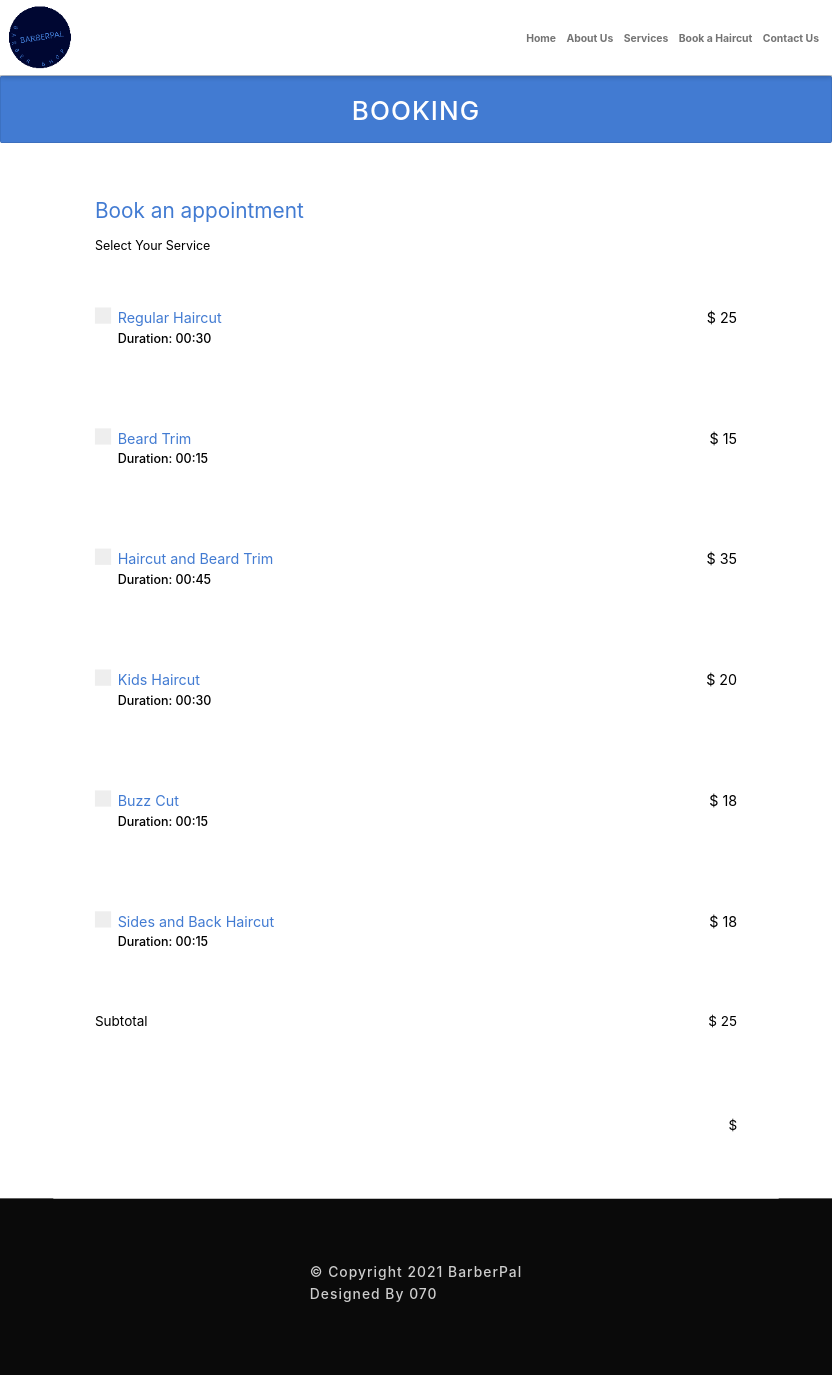
Repository: ofovweewere/haircutPal
Page: /services
These files come from the project's save history. The page is drawn as it stood at one moment and after a run of saves; the edit follows.
The browser window is 1280 px wide. The pictures show the whole page, at 65% of full size.
The project was rebuilt for these pictures with package versions that can differ from the ones it lists, and the page was loaded fresh each time. Also part of the build but not shown: src/tutorial/0-Practice/bookCut.js, src/tutorial/0-Practice/about.js, src/tutorial/0-Practice/servicesAndProducts.js, src/tutorial/0-Practice/contact.js, src/tutorial/0-Practice/landing.js, src/tutorial/0-Practice/error.js.

Above is the page before, as saved 2022-06-24 12:29:35.

### public/index.html
<!DOCTYPE html>
<html lang="en">
  <head>
    <meta charset="utf-8" />
    <link rel="icon" href="%PUBLIC_URL%/favicon.ico" />
    <meta name="viewport" content="width=device-width, initial-scale=1" />
    <meta name="theme-color" content="#000000" />
    <meta
      name="description"
      content="Web site created using create-react-app"
    />
    <link rel="apple-touch-icon" href="%PUBLIC_URL%/logo192.png" />
    <!--
      manifest.json provides metadata used when your web app is installed on a
      user's mobile device or desktop. See https://developers.google.com/web/fundamentals/web-app-manifest/
    -->
    <link rel="manifest" href="%PUBLIC_URL%/manifest.json" />
    <!--
      Notice the use of %PUBLIC_URL% in the tags above.
      It will be replaced with the URL of the `public` folder during the build.
      Only files inside the `public` folder can be referenced from the HTML.

      Unlike "/favicon.ico" or "favicon.ico", "%PUBLIC_URL%/favicon.ico" will
      work correctly both with client-side routing and a non-root public URL.
      Learn how to configure a non-root public URL by running `npm run build`.
    -->
    <title>React App</title>
  </head>
  <body class="Site">
    <noscript>You need to enable JavaScript to run this app.</noscript>
    <div id="root"></div>
    <!--
      This HTML file is a template.
      If you open it directly in the browser, you will see an empty page.

      You can add webfonts, meta tags, or analytics to this file.
      The build step will place the bundled scripts into the <body> tag.

      To begin the development, run `npm start` or `yarn start`.
      To create a production bundle, use `npm run build` or `yarn build`.
    -->
  </body>
</html>

### src/index.js
import React from 'react';
import ReactDOM from 'react-dom';

import App from './App';
// import '../node_modules/jquery/dist/jquery.min.js';
import '../node_modules/bootstrap/dist/css/bootstrap.min.css';
import '../node_modules/bootstrap/dist/js/bootstrap.min.js';
import '../node_modules/font-awesome/css/font-awesome.min.css';

import './index.css';
ReactDOM.render(
  <React.StrictMode>
    <App />
  </React.StrictMode>,
  document.getElementById('root')
);

### src/App.js
import React from 'react';
import Setup from './tutorial/0-Practice/index.js';
// import Setup from './tutorial/2-useEffect/final/3-useEffect-fetch-data.js';
function App() {
  return (
    <div >
      <Setup />
    </div>
  );
  }

export default App;

### src/index.css
/*
===============
Variables
===============
*/

:root {
  /* dark shades of primary color*/
  --clr-primary-1: hsl(205, 86%, 17%);
  --clr-primary-2: hsl(205, 77%, 27%);
  --clr-primary-3: hsl(205, 72%, 37%);
  --clr-primary-4: hsl(205, 63%, 48%);
  /* primary/main color */
  --clr-primary-5: hsl(205, 78%, 60%);
  /* lighter shades of primary color */
  --clr-primary-6: hsl(205, 89%, 70%);
  --clr-primary-7: hsl(205, 90%, 76%);
  --clr-primary-8: hsl(205, 86%, 81%);
  --clr-primary-9: hsl(205, 90%, 88%);
  --clr-primary-10: hsl(205, 100%, 96%);
  /* darkest grey - used for headings */
  --clr-grey-1: hsl(209, 61%, 16%);
  --clr-grey-2: hsl(211, 39%, 23%);
  --clr-grey-3: hsl(209, 34%, 30%);
  --clr-grey-4: hsl(209, 28%, 39%);
  /* grey used for paragraphs */
  --clr-grey-5: hsl(210, 22%, 49%);
  --clr-grey-6: hsl(209, 23%, 60%);
  --clr-grey-7: hsl(211, 27%, 70%);
  --clr-grey-8: hsl(210, 31%, 80%);
  --clr-grey-9: hsl(212, 33%, 89%);
  --clr-grey-10: hsl(210, 36%, 96%);
  --clr-white: #fff;
  --clr-red-dark: hsl(360, 67%, 44%);
  --clr-red-light: hsl(360, 71%, 66%);
  --clr-green-dark: hsl(125, 67%, 44%);
  --clr-green-light: hsl(125, 71%, 66%);
  --clr-black: #222;
  --transition: all 0.3s linear;
  --spacing: 0.1rem;
  --radius: 0.25rem;
  --light-shadow: 0 5px 15px rgba(0, 0, 0, 0.1);
  --dark-shadow: 0 5px 15px rgba(0, 0, 0, 0.4);
  --max-width: 1170px;
  --fixed-width: 450px;
  --clr-orange-1: hsl(12, 83%, 98%);
  --clr-orange-2: hsl(14, 91%, 95%);
  --clr-orange-3: hsl(12, 89%, 89%);
  --clr-orange-4: hsl(13, 87%, 82%);
  --clr-orange-5: hsl(13, 88%, 68%);
  --clr-orange-6: hsl(13, 88%, 55%);
  --clr-orange-7: hsl(13, 74%, 49%);
  --clr-orange-8: hsl(13, 74%, 33%);
  --clr-orange-9: hsl(13, 73%, 25%);
  --clr-orange-10: hsl(13, 73%, 16%);
}
/*
===============
Global Styles
===============
*/

*,
::after,
::before {
  margin: 0;
  padding: 0;
  box-sizing: border-box;
}
body {
  font-family: -apple-system, BlinkMacSystemFont, 'Segoe UI', Roboto, Oxygen,
    Ubuntu, Cantarell, 'Open Sans', 'Helvetica Neue', sans-serif;
  background: var(--clr-grey-10);
  color: var(--clr-grey-1);
  line-height: 1.5;
  font-size: 0.875rem;
}
.Site {
  display: flex;
  min-height: 100vh;
  flex-direction: column;
}
.Site-content {
  flex: 1;
}
.bold
{
  font-weight:bold;
}

.nav-link {
color:#427bd2 ;
font-weight: bold;
}
.breakSection
{
  color:#427bd2 ;
font-weight: normal;
width: 100%;
min-height:6.5rem;
background:#0a0a0a;
}


ul {
  list-style-type: none;
}
a {
  text-decoration: none;
}
h1,
h2,
h3,
h4,
.under,
.titleDescription {
  letter-spacing: var(--spacing);
  text-transform: capitalize;
  line-height: 1.25;
  margin-bottom: 0.75rem;
}
h1 {
  font-size: 3rem;
}
h2,.titleDescription {
  font-size: 2rem;
}

.under
{
  margin-top:2rem;
}
.under, .title, .contact {
  font-size: 1.5rem;
}

 .smallText {
    font-size: 1rem;
  }

  .smallTextTwo {
    font-size: 1.1rem;
  }

h3 {
  font-size: 1.25rem;
},
.h3 {
    font-size: 1.0rem;
  },
h4 {
  font-size: 0.875rem;
}
p {
  margin-bottom: 1.25rem;
  color: var(--clr-grey-5);
}



  /* @media screen and (max-width: 767px) {
    #navbarSupportedContent
        {
            position: fixed !important;
            right: 5rem;
            left: 5rem;
            top:7.3rem;
            background-color: #fff !important;
            border-color: #427bd2 transparent transparent transparent;
            border-style:solid;
        }



  }       */

/* The containers */
.containers {
  display: block;
  position: relative;
  padding-left: 2.188rem;
  margin-bottom: 0.75rem;
  cursor: pointer;
  font-size: 1.375rem;
  -webkit-user-select: none;
  -moz-user-select: none;
  -ms-user-select: none;
  user-select: none;
}

/* Hide the browser's default checkbox */
.containers input {
  position: absolute;
  opacity: 0;
  cursor: pointer;
  height: 0;
  width: 0;
}

/* Create a custom checkbox */
.checkmark {
  position: absolute;
  top: 0;
  left: 0;
  height: 1.563rem;
  width: 1.563rem;
  background-color: #eee;
}

/* On mouse-over, add a grey background color */
.containers:hover input ~ .checkmark {
   /* background-color: #ccc; */
}

/* When the checkbox is checked, add a blue background */
.containers input:checked ~ .checkmark {
   background-color: #2196F3;
}

/* Create the checkmark/indicator (hidden when not checked) */
.checkmark:after {
  content: "";
  position: absolute;
  display: none;
  box-sizing: content-box !important;
}

/* Show the checkmark when checked */
.containers input:checked ~ .checkmark:after {
  display: block;
  box-sizing: content-box !important;
}

/* Style the checkmark/indicator */
.containers .checkmark:after {
  left: 0.563rem;
  top:0.313rem;
  width:0.313rem;
  height: 0.625rem;
  border: solid white;
  border-width: 0 0.188rem 0.188rem 0;
  -webkit-transform: rotate(45deg);
  -ms-transform: rotate(45deg);
  transform: rotate(45deg);
  box-sizing: content-box !important;
}

.hovering div:hover
{
  background:#f3f8fc;
}
@media screen and (min-width: 800px) {
  .about{
    display:flex;
  }
  .haircuts, .haircutsCombo
{
  display:grid;
}
  h1 {
    font-size: 4rem;
  }
  h2,.titleDescription {
    font-size: 2.5rem;
  }

   .under,.title, .contact {
    font-size: 2rem;
  }

   .smallText {
    font-size: 1.2rem;
  }

   .smallTextTwo {
    font-size: 1.3rem;
  }

  h3 {
    font-size: 1.33rem;
  },
  .h3 {
    font-size: 1.0rem;
  },
  h4 {
    font-size: 1rem;
  }
  body {
    font-size: 1rem;
  }
  h1,
  h2,
  h3,
  h4,
  .under,.title, .titleDescription{
    line-height: 1;
  }
}
/*  global classes */

/* section */
.section,
/* .container {
  width: 90vw;
  margin: 0 auto;
  max-width: var(--max-width);
} */

@media screen and (min-width: 992px) {
  .about{
    display:flex;
  }
  .haircuts,.haircutsCombo
{
  display:grid;
}
  .section {
    width: 95vw;
  }
}

/* .container {
  text-align: center;
  margin-top: 0;
} */
.btn {
  display: inline-block;
  background: var(--clr-primary-5);
  color: var(--clr-white);
  padding: 0.25rem 0.75rem;
  border-radius: var(--radius);
  border-color: transparent;
  text-transform: capitalize;
  font-size: 1rem;
  letter-spacing: var(--spacing);
  margin-top: 2rem;
  margin-left: 0.5rem;
  margin-right: 0.5rem;
  cursor: pointer;
  transition: var(--transition);
}
.btn:hover {
  background: var(--clr-primary-1);
  color: var(--clr-primary-5);
}
.item {
  background: var(--clr-white);
  display: flex;
  justify-content: space-between;
  max-width: var(--fixed-width);
  margin: 2rem auto;
  align-items: center;
  border-radius: var(--radius);
}
.item button,
.item a {
  background: transparent;
  border-color: transparent;
  color: var(--clr-primary-5);
  letter-spacing: var(--spacing);
  cursor: pointer;
}
.item {
  padding: 1rem 2rem;
}
.item h4 {
  margin-bottom: 0;
}
.item p {
  margin-bottom: 0;
}
.modal {
  position: absolute;
  top: 2rem;
  left: 50%;
  transform: translateX(-50%);
  background: var(--clr-white);
  display: inline-block;
  padding: 0.25rem 1rem;
  border-radius: var(--radius);
  text-transform: capitalize;
}

.modal p {
  margin-bottom: 0;
  color: var(--clr-red-dark);
}
.form {
  background: var(--clr-white);
  max-width: var(--fixed-width);
  margin: 0 auto;
  margin-bottom: 4rem;
  padding: 1rem 2rem;
  border-radius: var(--radius);
}
.form input {
  background: var(--clr-grey-10);
  border-color: transparent;
  border-radius: var(--radius);
  padding: 0.25rem 0.5rem;
}
.form-control {
  margin: 0.5rem 0;
  display: grid;
  grid-template-columns: 100px 1fr;
  align-items: center;
}
.form button {
  display: inline-block;
  background: var(--clr-black);
  color: var(--clr-white);
  border-color: transparent;
  margin-top: 1rem;
  letter-spacing: var(--spacing);
  padding: 0.15rem 0.25rem;
  text-transform: capitalize;
  border-radius: var(--radius);
  cursor: pointer;
}
.nav-links {
  max-width: var(--fixed-width);
  margin: 0 auto;
  margin-bottom: 4rem;
  display: grid;
  grid-template-columns: repeat(3, 1fr);
}




.haircutsCombo {



  grid-template-columns: repeat(2, minmax(0, 1fr));
   gap: 2rem;
  margin: 1rem 1rem 1rem 2rem;
}

.haircutsCombo > p {
  border: 5px solid #427bd2;
  overflow-wrap: break-word;
}

.haircuts {



  grid-template-columns: repeat(3, minmax(0, 1fr));
   gap: 2rem;
  margin: 1rem 1rem 1rem 2rem;
}

.haircuts > p {
  border: 5px solid #427bd2;
  overflow-wrap: break-word;
}

.title
{
  font-weight: normal;
  color: #fff;
  background:#427bd2;
  padding: 1rem;
  text-align: center;
}

.contact > div
{
  font-weight: normal;


  padding: 2rem;

}


td
{
  vertical-align:top;

}
.table
{
  color: white;
}
table {
  border-collapse: separate;
  border-spacing: 1rem 1rem ;
}
.titleDescription
{
  display: flex;
  align-items: center;
  justify-content: center;
  color:#333;
  padding:2rem;
font-weight: bold;


}

.nav-links a {
  color: var(--clr-grey-5);
}
.users {
  display: grid;
  grid-template-columns: repeat(auto-fit, minmax(300px, 1fr));
  gap: 2rem;
  margin: 3rem auto;
}
.users li {
  width: 100%;
  display: flex;
  align-items: center;
  background: var(--clr-white);
  padding: 1rem 2rem;
  border-radius: var(--radius);
  text-align: left;
}
.users img {
  width: 50px;
  height: 50px;
  border-radius: 50%;
  margin-right: 1rem;
}
.users h4 {
  margin-bottom: 0.15rem;
}
.users a {
  color: var(--clr-grey-5);
  text-transform: capitalize;
}

.products {
  margin: 4rem 0;
  display: grid;
  gap: 2rem;
}
@media screen and (min-width: 576px) {
  .products {
    grid-template-columns: repeat(auto-fit, minmax(300px, 1fr));
  }
}
.product {
  background: var(--clr-white);
  border-radius: var(--radius);
}
.product img {
  border-top-left-radius: var(--radius);
  border-top-right-radius: var(--radius);

  width: 100%;
  height: 15rem;
  object-fit: cover;
}
.product h4 {
  margin-top: 1rem;
}

.product button {
  margin-bottom: 1rem;
  background: var(--clr-primary-5);
  border-radius: var(--radius);
  border-color: transparent;
  color: var(--clr-white);
  padding: 0.25rem 0.5rem;
  text-transform: capitalize;
  cursor: pointer;
}

### src/tutorial/0-Practice/index.js
import React, { useState, useEffect } from 'react';

import Header from './header.js';
import Footer from './footer.js';
import Landing from './landing.js';
import Booking from './booking.js';
import Error from './error.js';
// react router
import { BrowserRouter as Router, Route, Switch } from 'react-router-dom';
const UseEffectFetchData = () => {

  return (
    <body className="Site" style={{backgroundColor:'black'}}>

      <Router>
      <Header />
       <main class="Site-content" >
      <Switch>
        <Route exact path='/'>
          <Landing/>
        </Route>
        <Route exact path='/landing'>
          <Landing/>
        </Route>
        <Route path='/services'>
         <Booking/>
        </Route>

        <Route path='*'>
          <Error />
        </Route>
      </Switch>
       </main>
       <Footer />
    </Router>




    </body>
  );
};

export default UseEffectFetchData;

### src/tutorial/0-Practice/footer.js
import React, { useState, useEffect } from 'react';
import companyLogo from '../../assets/logo.png';

const Footer = () => {

  return (
    <>
      <nav  style={{ backgroundColor: '#0a0a0a', display: 'flex',minHeight: '17rem',justifyContent: 'center', alignItems:'end' }}>
        <div class="container-fluid" style={{ color: '#cecece', alignSelf:'center', width:'auto'  }}>
          <h3 >&copy; Copyright 2021 BarberPal </h3>

          <div>
            <h3  > Designed by 070</h3>
          </div>
        </div>
      </nav>
    </>
  );
};

export default Footer;

### src/tutorial/0-Practice/booking.js
import React from 'react';
import BreakSection from './breakSection.js';
import DummyHeader from './dummyHeader.js';
import Heading from './heading.js';
import CheckboxOption from './checkboxOption.js';
import Footing from './footing.js';
import BlueButton from './blueButton.js';
const Booking = () => {


  return (
    <div style={{ background: '#fff' }}>
      <BreakSection title="BOOKING" ID="booking" background="#427bd2" color="#fff" />
      <div class="container">
        <div>
         <Heading title='Book an appointment' description='Select Your Service'/>
         <CheckboxOption title='Regular Haircut' description='00:30' cost='25'/>
         <CheckboxOption title='Beard Trim' description='00:15' cost='15'/>
         <CheckboxOption title='Haircut and Beard Trim' description='00:45' cost='35'/>
         <CheckboxOption title='Kids Haircut' description='00:30' cost='20'/>
         <CheckboxOption title='Buzz Cut' description='00:15' cost='18'/>
         <CheckboxOption title='Sides and Back Haircut' description='00:15' cost='18'/>
         <Footing title='Subtotal' description='25'/>
        </div>

        <div>
          <BlueButton/>
        </div>
      </div>
    </div>
  );
};

export default Booking;

### src/tutorial/0-Practice/breakSection.js
import React, { useState, useEffect } from 'react';

const BreakSection = ({ title, ID, background, color }) => {
  const [elementClass, setClass] = useState(
    window.innerWidth < 992
      ? '0px'
      : '100px'
  );
  const checkSize = () => {
    if (window.innerWidth < 992) {
      setClass('0px');
    } else {
      setClass('100px');
    }
  };
  useEffect(() => {

    window.addEventListener('resize', checkSize);
    return () => {
      window.removeEventListener('resize', checkSize);
    };
  }, []);
  return (
    <>
      <div className="card breakSection" id={ID} style={{ scrollMarginTop: elementClass, background:background, color:color }}>
        <div
          class="card-body"
          style={{ display: 'flex', alignItems: 'end', justifyContent: 'center' }}
        >
          <h2>{title}</h2>
        </div>
      </div>
    </>
  );
};

export default BreakSection;

### src/tutorial/0-Practice/heading.js
import React from 'react';

const Heading = ({title, description}) => {


  return (
    <>
      <div
          className="card"
          style={{
            color: 'var(--clr-white)',
            width: '100%',
            minHeight: '10rem',
            background: 'var(--clr-primary-5)',
            border: 'transparent'
          }}
        >
          <div
            class="card-body contact "
            style={{
              display: 'flex',
              alignItems: 'left',
              justifyContent: 'left',
              flexGrow: '1',
              flexDirection: 'column',
              background:'#fff',
              paddingBottom:'0'
            }}
          >
            <div className="whiteParagraph" style={{paddingBottom:'0'}}>
              <table className="whiteParagraphTab">
                <thead>
                  <tr>
                    <th></th>

                  </tr>
                </thead>
                <tbody>
                  <tr style={{color:'#427bd2',fontWeight:'normal'}}>

                    <td>{title}</td>
                  </tr>

                  <tr class='smallText'style={{color:'black', fontWeight:'normal'}}>

                    <td>
                     {description}
                    </td>
                  </tr>



                </tbody>
              </table>
            </div>
          </div>
        </div>
    </>
  );
};

export default Heading;

### src/tutorial/0-Practice/footing.js
import React from 'react';

const Footing = ({title, description}) => {


  return (
    <>
      <div
        className="card"
        style={{
          color: 'var(--clr-white)',
          width: '100%',
          minHeight: '10rem',
          background: 'var(--clr-primary-5)',
          border: 'transparent',
        }}
      >
        <div
          class="card-body contact "
          style={{
            display: 'flex',
            alignItems: 'left',
            justifyContent: 'left',
            flexGrow: '1',
            flexDirection: 'column',
            background: '#fff',
            paddingTop: '0',
          }}
        >
          <div className="whiteParagraph" style={{ paddingTop: '0' }}>
            <table className="whiteParagraphTab" style={{ width: '100%' }}>
              <thead>
                <tr>
                  <th></th>
                </tr>
              </thead>
              <tbody>
                <tr class="smallTextTwo" style={{ color: 'black', fontWeight: 'normal' }}>
                  <td>
                    <span style={{ display: 'flex' }}>
                      <span style={{ flexGrow: '1' }}>{title}</span>
                      <span style={{ color: 'black' }}>$ {description}</span>
                    </span>
                  </td>
                </tr>
              </tbody>
            </table>
          </div>
        </div>
      </div>
    </>
  );
};

export default Footing;

### src/tutorial/0-Practice/blueButton.js
import React from 'react';

const BlueButton = ({title, description}) => {


  return (
    <>
      <div
        className="card"
        style={{
          color: 'var(--clr-white)',
          width: '100%',
          minHeight: '10rem',
          background: 'var(--clr-primary-5)',
          border: 'transparent',
        }}
      >
        <div
          class="card-body contact "
          style={{
            display: 'flex',
            alignItems: 'left',
            justifyContent: 'left',
            flexGrow: '1',
            flexDirection: 'column',
            background: '#fff',
            paddingTop: '0',
          }}
        >
          <div className="whiteParagraph" style={{ paddingTop: '0' }}>
            <table className="whiteParagraphTab" style={{ width: '100%' }}>
              <thead>
                <tr>
                  <th></th>
                </tr>
              </thead>
              <tbody>
                <tr class="smallTextTwo" style={{ color: 'black', fontWeight: 'normal' }}>
                  <td>
                    <span style={{ display: 'flex' }}>
                      <span style={{ flexGrow: '1' }}>{title}</span>
                      <span style={{ color: 'black' }}>$ {description}</span>
                    </span>
                  </td>
                </tr>
              </tbody>
            </table>
          </div>
        </div>
      </div>
    </>
  );
};

export default BlueButton;

Loaded but not shown: src/tutorial/0-Practice/header.js (115 lines, source omitted); src/tutorial/0-Practice/dummyHeader.js (107 lines, source omitted); src/tutorial/0-Practice/checkboxOption.js (90 lines, source omitted)

After the next 5 saves:
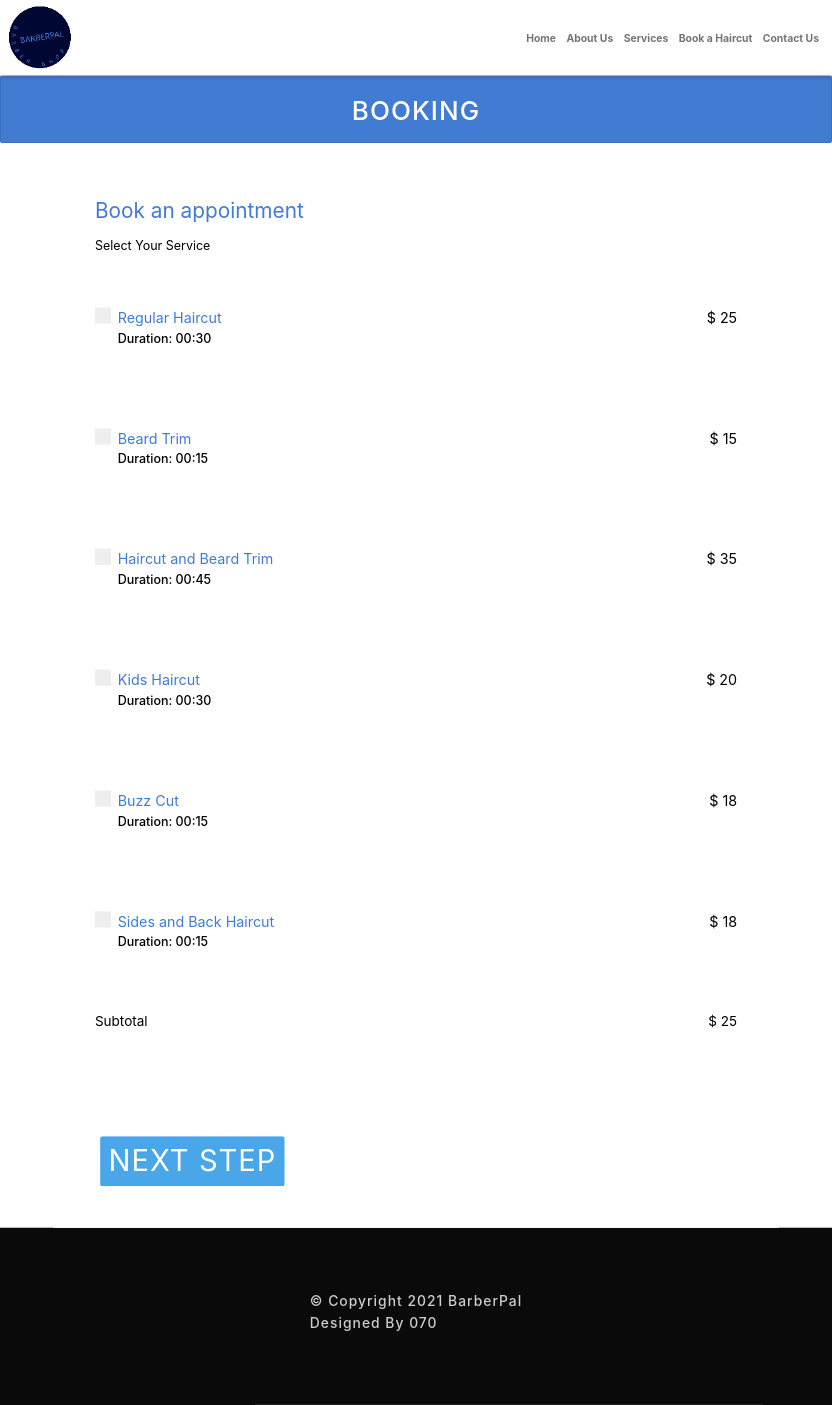
The 5 saves are shown as one change because 4 did not build or start.
The last was saved 4 min 15 s later.
--- a/src/tutorial/0-Practice/booking.js
+++ b/src/tutorial/0-Practice/booking.js
@@ -24,7 +24,7 @@ const Booking = () => {
         </div>
 
         <div>
-          <BlueButton/>
+          <BlueButton title='NEXT STEP'/>
         </div>
       </div>
     </div>
--- a/src/tutorial/0-Practice/blueButton.js
+++ b/src/tutorial/0-Practice/blueButton.js
@@ -37,10 +37,9 @@ const BlueButton = ({title, description}) => {
               <tbody>
                 <tr class="smallTextTwo" style={{ color: 'black', fontWeight: 'normal' }}>
                   <td>
-                    <span style={{ display: 'flex' }}>
-                      <span style={{ flexGrow: '1' }}>{title}</span>
-                      <span style={{ color: 'black' }}>$ {description}</span>
-                    </span>
+                     <button className="btn" style={{ fontSize: '2.8rem' }}>
+                       {title}
+                    </button>
                   </td>
                 </tr>
               </tbody>
